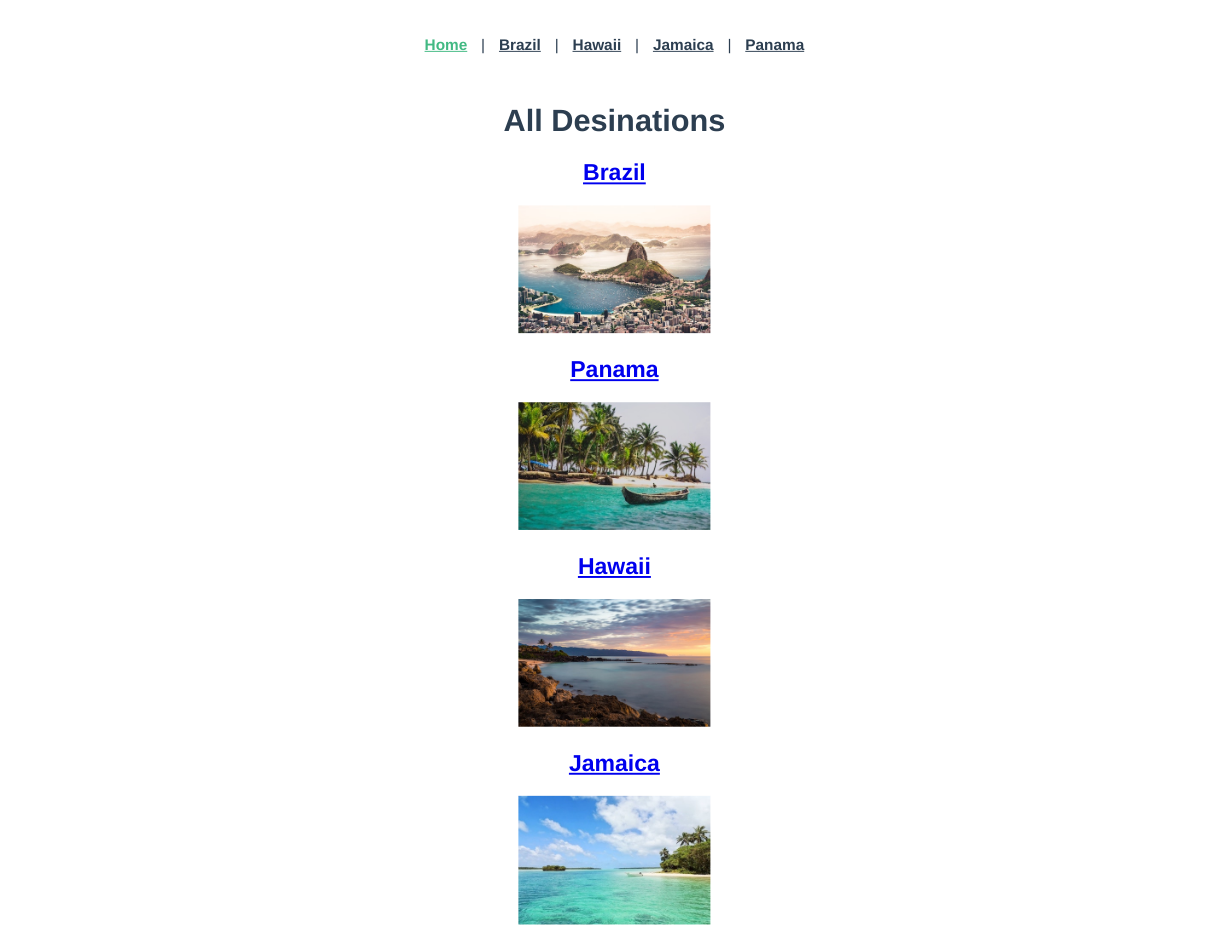
Repository: June-Hall/MiniTravelApp
Page: /
The author's editor kept a copy of each file at every save. The page is drawn from the files as they stood at one save, then again after the next save.
The browser window is 1280 px wide. The pictures show the whole page, at 96% of full size.
The project was rebuilt for these pictures with package versions that can differ from the ones it lists, and the page was loaded fresh each time. Also part of the build but not shown: vue.config.js.

Above is the page before, as saved 2023-03-29 20:22:26.

After the next save:
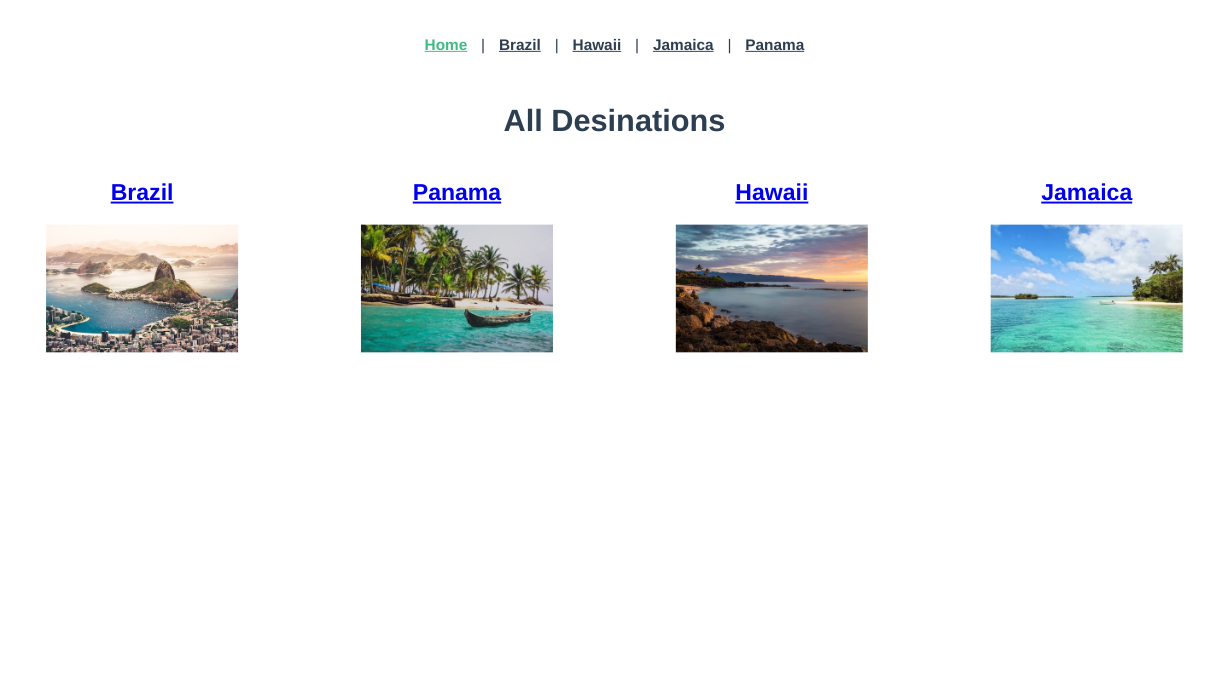
Saved 2 min 5 s later.
--- a/src/views/HomeView.vue
+++ b/src/views/HomeView.vue
@@ -42,7 +42,7 @@ img {
   max-width: 200px;
 }
 
-.destination {
+.destinations {
   display: flex;
   justify-content: space-between;
 }
